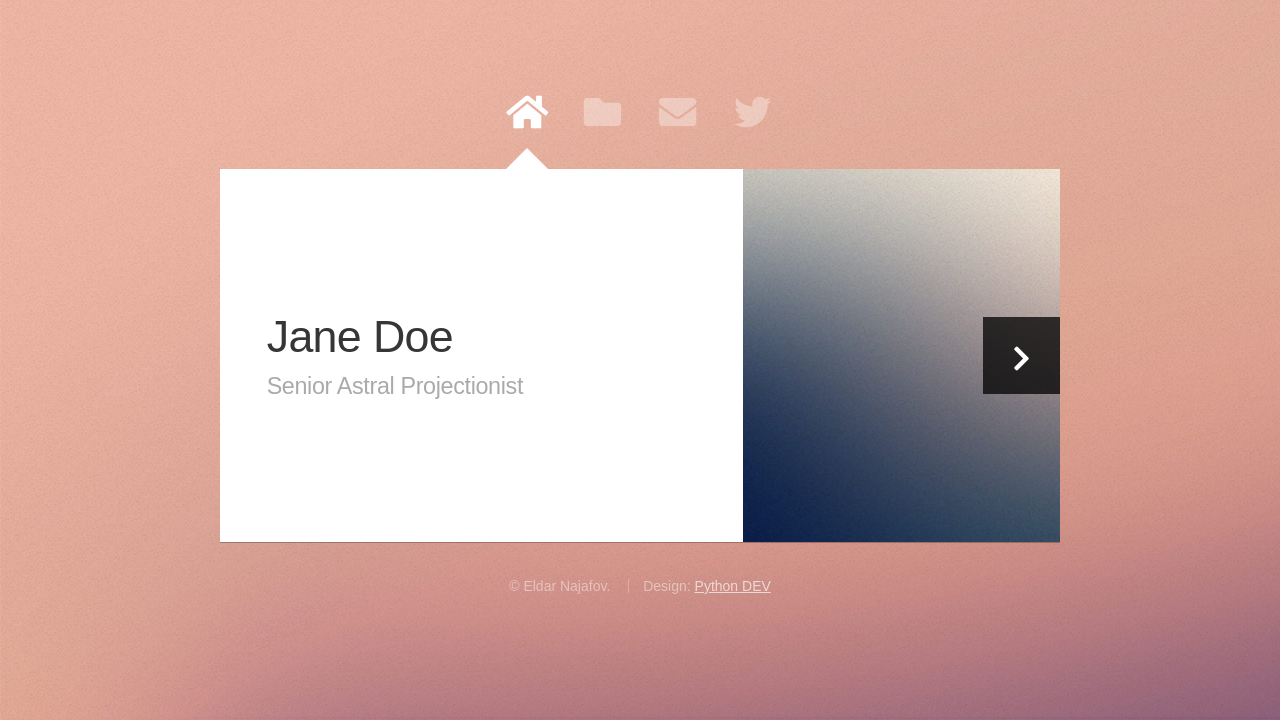
Repository: xaknet/portfo
Page: http://localhost/
These files come from the project's save history. The page is drawn as it stood at one moment and after the next save; the edit follows.
The browser window is 1280 px wide. The pictures show the whole page.
Some web fonts or font styles are not loaded; a fallback is used. The page is served by the project's application, run on Flask 3 (main.py).

Above is the page before, as saved 2020-12-29 03:51:01.

After the next save:
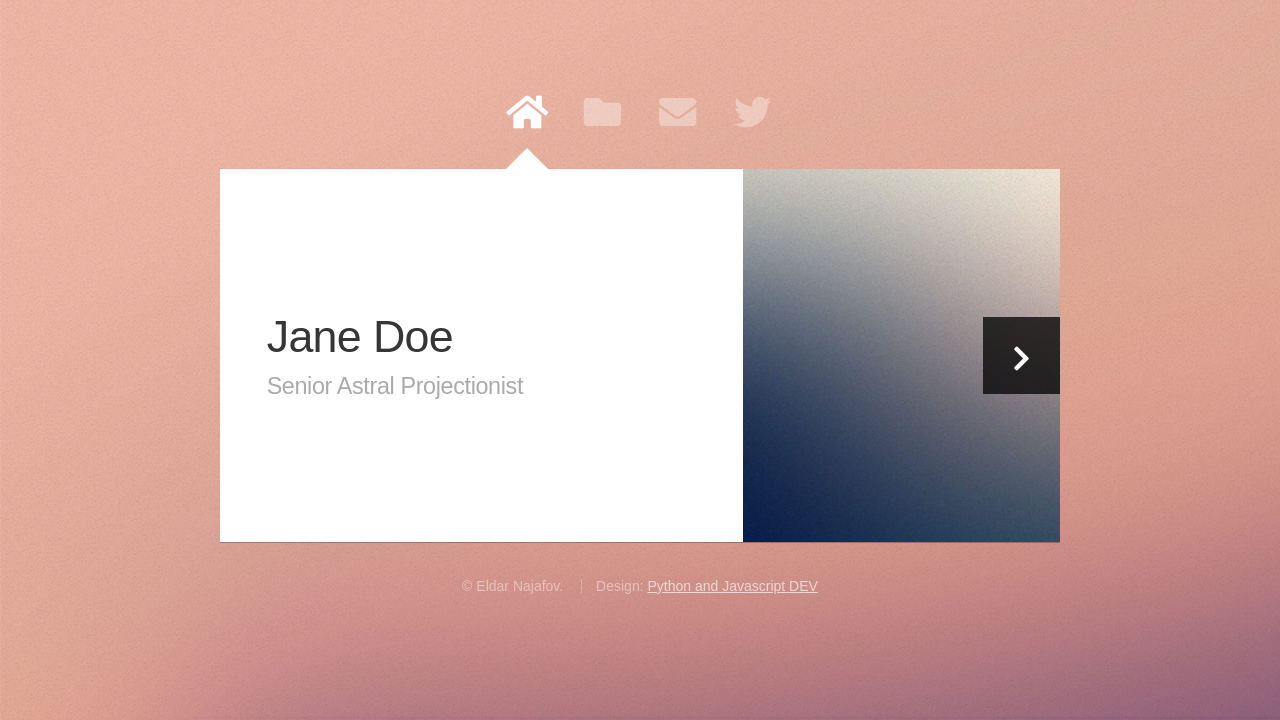
Saved 7 s later.
--- a/templates/index.html
+++ b/templates/index.html
@@ -124,7 +124,7 @@
 		<div id="footer">
 			<ul class="copyright">
 				<li>&copy; Eldar Najafov.</li>
-				<li>Design: <a href="#">Python DEV </a></li>
+				<li>Design: <a href="#">Python and Javascript DEV</a></li>
 			</ul>
 		</div>
 
